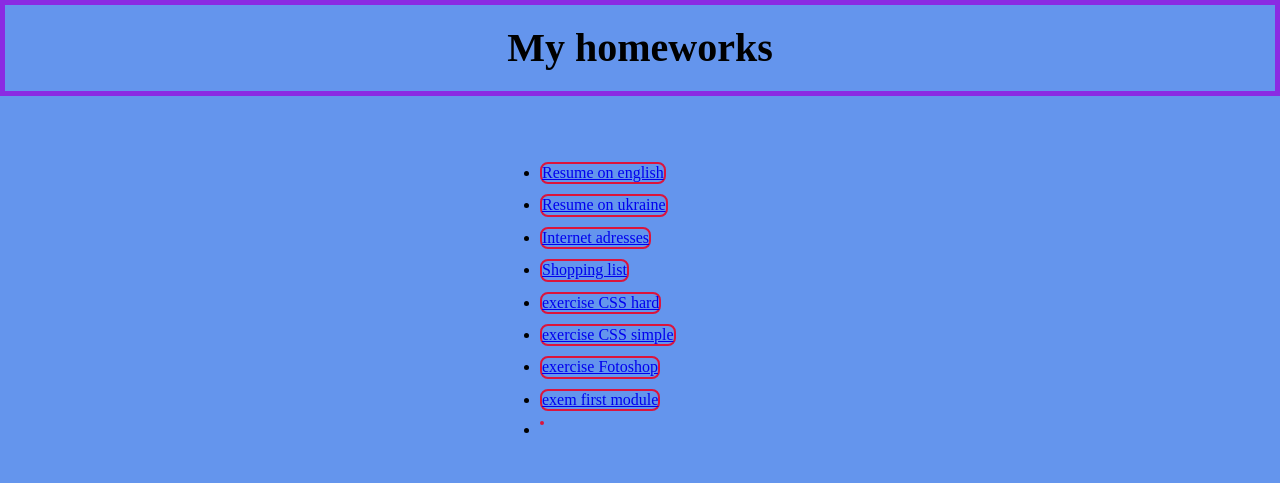
Repository: shpakovskaya/github.io
Page: index.html
The author's editor kept a copy of each file at every save. The page is drawn from the files as they stood at one save, then again after the next save.
The browser window is 1280 px wide. The pictures show the whole page.

Above is the page before, as saved 2021-10-27 20:55:30.

### index.html
<!DOCTYPE html>
<html lang="en">
  <head>
    <meta charset="UTF-8" />
    <meta http-equiv="X-UA-Compatible" content="IE=edge" />
    <meta name="viewport" content="width=device-width, initial-scale=1.0" />
    <title>Main page</title>
    <link
      rel="stylesheet"
      href="https://cdnjs.cloudflare.com/ajax/libs/normalize/8.0.1/normalize.min.css"
      integrity="sha512-NhSC1YmyruXifcj/KFRWoC561YpHpc5Jtzgvbuzx5VozKpWvQ+4nXhPdFgmx8xqexRcpAglTj9sIBWINXa8x5w=="
      crossorigin="anonymous"
      referrerpolicy="no-referrer"
    />
    <link rel="stylesheet" href="./style.css" />
    <link rel="shortcut icon" href="inyan.ico" type="image/x-icon" />
  </head>
  <body>
    <header><h1>My homeworks</h1></header>
    <div>
      <nav class="menu">
        <ul>
          <li>
            <a href="./resume/english.html" class="menu_link"
              >Resume on english</a
            >
          </li>
          <li>
            <a href="./resume/ukraine.html" class="menu_link"
              >Resume on ukraine</a
            >
          </li>
          <li>
            <a href="./adresses internet/index.html" class="menu_link"
              >Internet adresses</a
            >
          </li>
          <li>
            <a href="./homework3/index.html" class="menu_link">Shopping list</a>
          </li>
          <li>
            <a href="./homework5/hard/index.html" class="menu_link"
              >exercise CSS hard</a
            >
          </li>
          <li>
            <a href="./homework5/mysimplewebcite/index.html" class="menu_link"
              >exercise CSS simple</a
            >
          </li>
          <li>
            <a href="./fotoshop/index.html" class="menu_link"
              >exercise Fotoshop</a
            >
          </li>
          <li>
            <a href="./kate/index.html" class="menu_link">exem first module</a>
          </li>
          <li>
            <a
              href="./selector css/shopping list/index.html"
              class="menu_link"
            ></a>
          </li>
        </ul>
      </nav>
    </div>
  </body>
</html>

### style.css
h1 {
  text-align: center;
  font-size: 40px;
  font-weight: bold;
  border: 5px solid blueviolet;
  padding: 20px;
  padding-right: 1px;
  padding-left: 1px;
  margin: 0px;
}
body {
  background-color: cornflowerblue;
}
/* !div {
  display: flex;
  flex-direction: column;
  justify-content: center;
} */
/* .border {
  border: 1px;
  border: dashed;
  border-color: darkorange;
} */
/* .menu {
  display: block;
  margin-inline-start: 2px;
  margin-inline-end: 2px;
  padding-block-start: 0.35em;
  padding-inline-start: 0.75em;
  padding-inline-end: 0.75em;
  padding-block-end: 0.625em;
} */
/* .li {
  font-size: 30px;
  font-weight: bold;
  border-radius: 2px;
  border-color: blueviolet;
} */
/* ul {
  padding: 50px;
}
.a {
  font-size: 36px;
} */
/* .menu {
  display: flex;
  flex-direction: column;
  justify-content: center;
  align-items: center;
} */
.menu {
  /* margin-bottom: 30px; */
  padding: 50px 500px;

  /* color: darkgreen; */
}
.menu:last-child {
  margin-bottom: 0px;
}
.menu_link {
  border: 2px solid crimson;
  border-radius: 8px;
  display: inline-block;
  justify-content: center;
  margin-bottom: 10px;
}
/* .menu_link2 {
  border: 2px solid crimson;
}
.menu_link3 {
  border: 2px solid crimson;
} */
/* .span {
  margin-bottom: 40px;
  color: darkgreen;
}
span:first-child {
  color: chartreuse;
} */

After the next save:
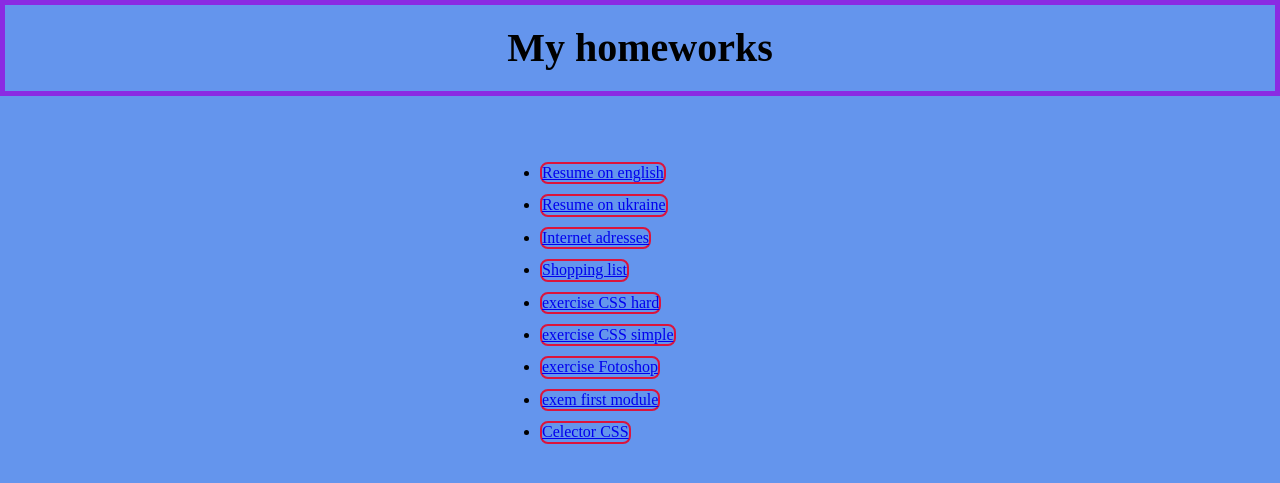
Saved 3 min 19 s later.
--- a/index.html
+++ b/index.html
@@ -57,10 +57,9 @@
             <a href="./kate/index.html" class="menu_link">exem first module</a>
           </li>
           <li>
-            <a
-              href="./selector css/shopping list/index.html"
-              class="menu_link"
-            ></a>
+            <a href="./selector css/shopping list/index.html" class="menu_link"
+              >Celector CSS</a
+            >
           </li>
         </ul>
       </nav>
